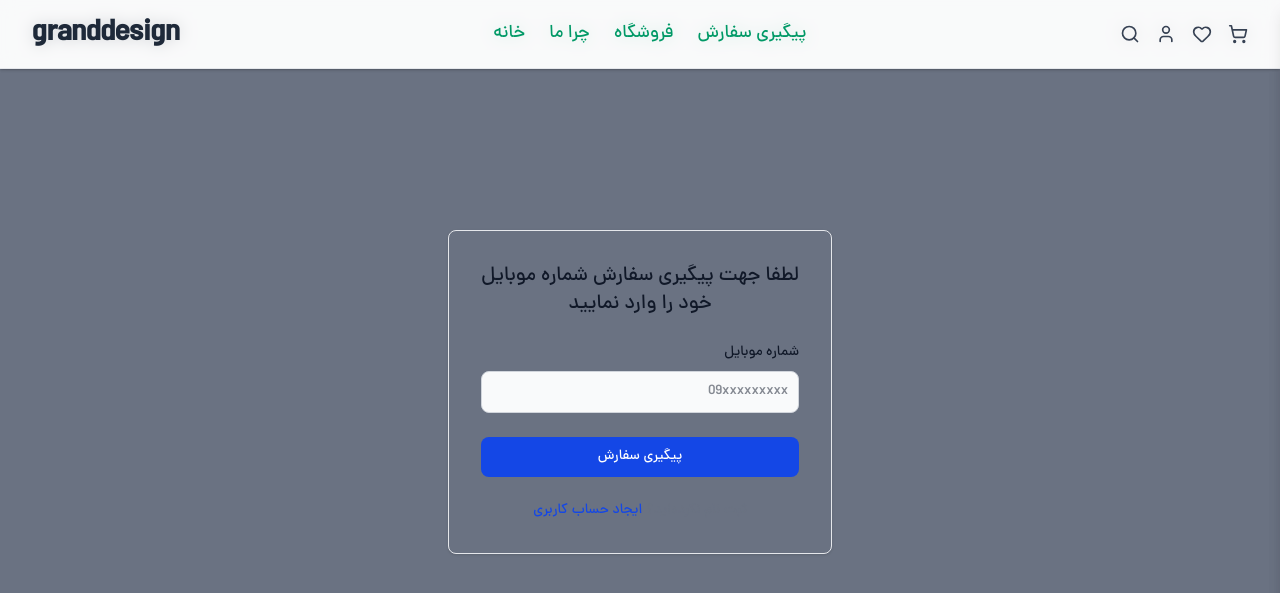
Repository: Aihan-2005/granddesign.frontend
Page: /productTracking
The author's editor kept a copy of each file at every save. The page is drawn from the files as they stood at one save, then again after a run of saves.
The browser window is 1280 px wide. The pictures show the whole page.
The project was rebuilt for these pictures with package versions that can differ from the ones it lists, and the page was loaded fresh each time. The framework's server and built-in components were replaced by stand-ins that run in the browser. Also part of the build but not shown: next.config.mjs, src/components/store/modal/Search.jsx, src/zustand/useAuthStore.jsx, src/components/store/modal/Login.jsx, src/components/store/modal/CartModal.jsx, src/components/store/modal/FavoritesModal.jsx.

Above is the page before, as saved 2025-09-16 01:43:40.

After the next 5 saves:
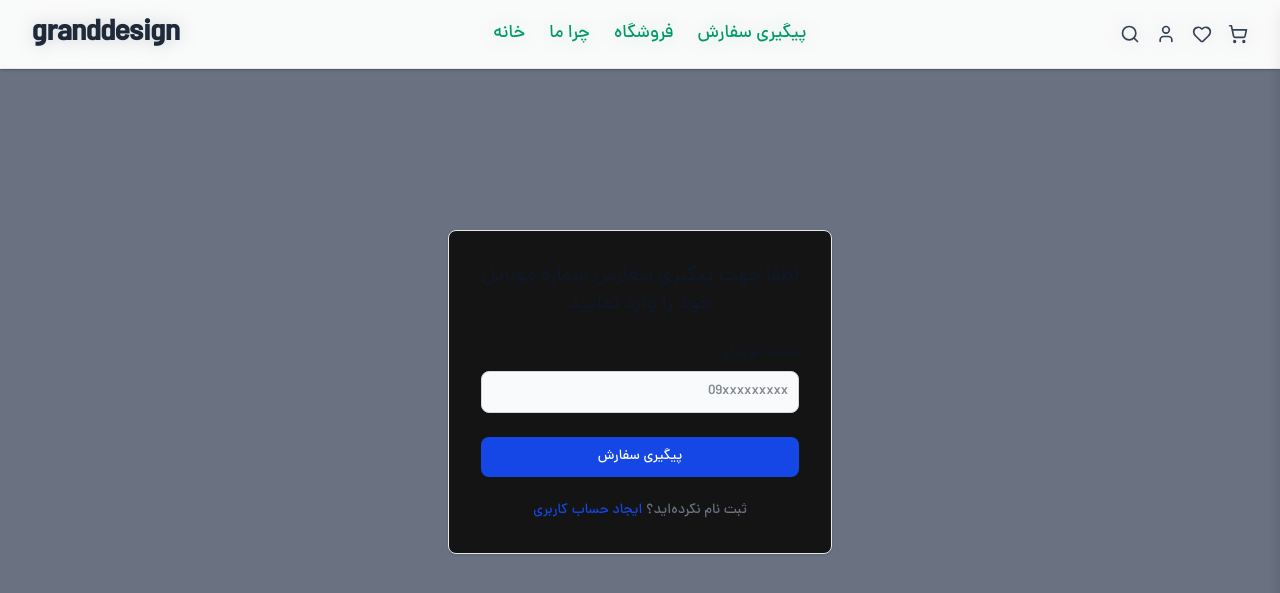
The 5 saves are shown as one change because they came seconds apart.
The last was saved 20 s later.
--- a/src/app/(fullpage)/productTracking/page.jsx
+++ b/src/app/(fullpage)/productTracking/page.jsx
@@ -6,7 +6,7 @@
             <Header />
 
             <div className="flex items-center justify-center min-h-screen pt-16">
-                <div className="w-full max-w-sm p-4 bg-{#0000} border border-gray-200 rounded-lg shadow-sm sm:p-6 md:p-8 ">
+                <div className="w-full max-w-sm p-4 bg-[#141414] border border-gray-200 rounded-lg shadow-sm sm:p-6 md:p-8 ">
                     <form className="space-y-6" action="#">
                         <h5 className="text-xl font-medium text-gray-900 dark:text-white text-center">
                             لطفا جهت پیگیری سفارش شماره موبایل خود را وارد نمایید
